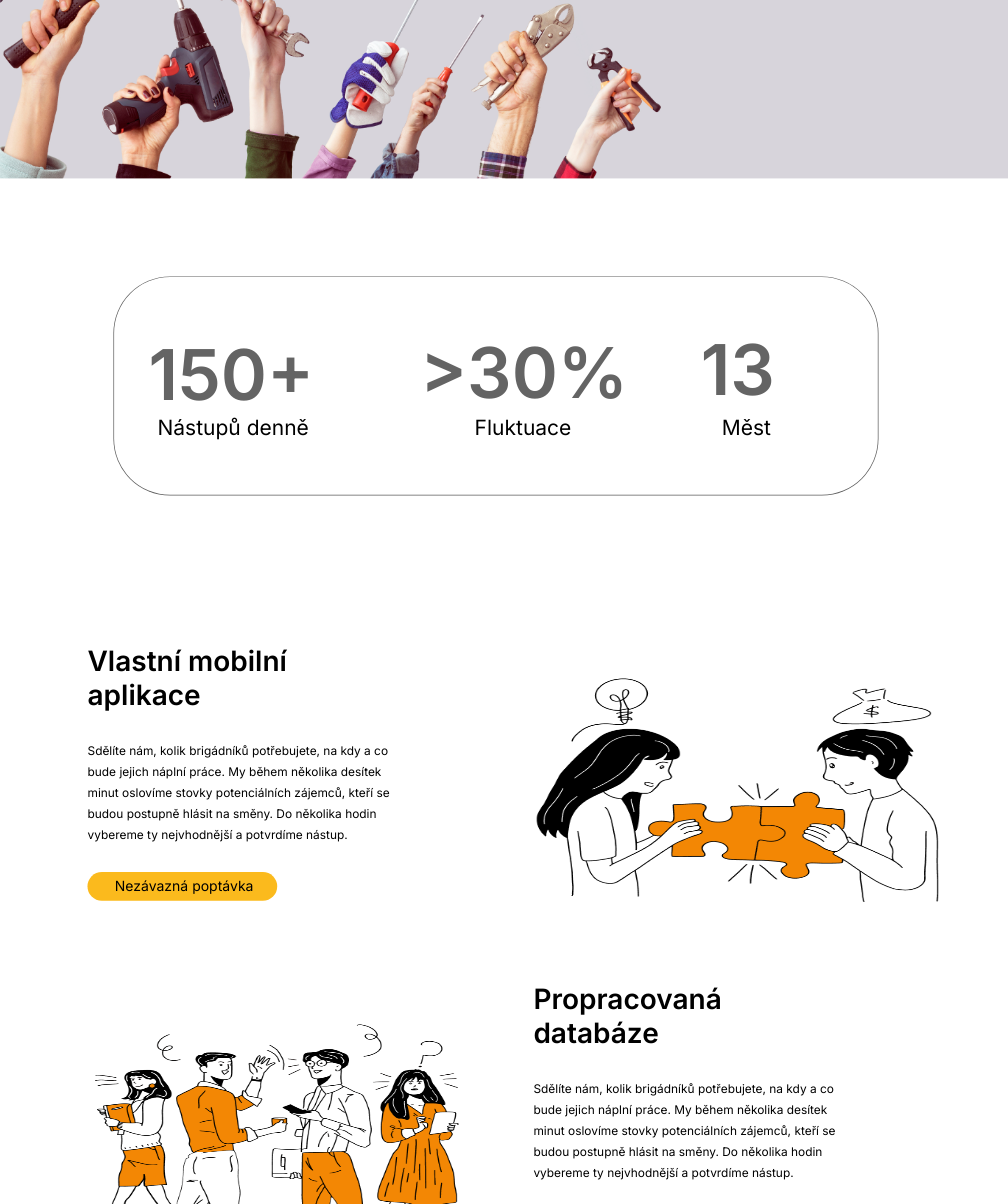
Repository: bilday08/bilday08.github.io
Page: page2.html
The author's editor kept a copy of each file at every save. The page is drawn from the files as they stood at one save, then again after the next save.
The browser window is 1280 px wide. The page is 1440 px wide, so the pictures cover 1440 px, including what lies to the right of the window. The pictures show the part of the page from y = 777 to 2497 px (the page is 2547 px tall before and 3003 px after), at 70% of full size.

Above is the page before, as saved 2022-10-16 01:00:44.

After the next save:
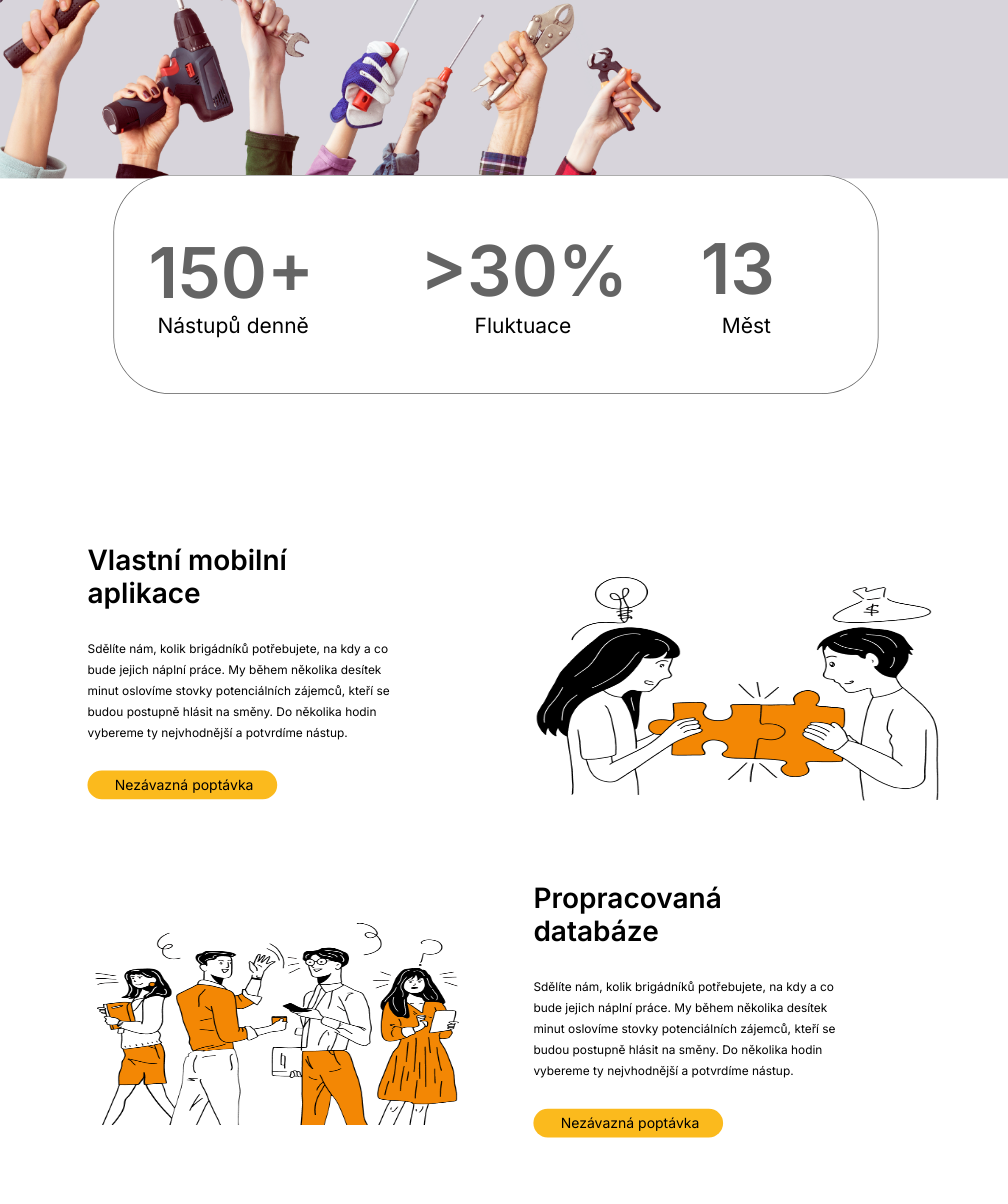
Saved 6 min 42 s later.
--- a/page2.html
+++ b/page2.html
@@ -116,6 +116,21 @@
                             <a href="#" class="service-button--second">Nezávazná poptávka</a>
                         </div>
                     </div>
+                    <div class="service-item3">
+                        <div class="service-content">
+                            <h2 class="global-heading">Propracovaná databáze</h2>
+                            <div class="global-text">
+                                Sdělíte nám, kolik brigádníků potřebujete, na kdy a co bude jejich náplní práce.
+                                My během několika desítek minut oslovíme stovky potenciálních zájemců,
+                                kteří se budou postupně hlásit na směny. Do několika hodin vybereme ty nejvhodnější
+                                a potvrdíme nástup.
+                            </div>
+                            <a href="#" class="service-button--first">Nezávazná poptávka</a>
+                            <div class="service-images">
+                                <img srcset="./images/5.png 2x" alt="#" class="service-images--first"/>
+                            </div>
+                        </div>
+                    </div>
                 </div>
 <script
 src="https://cdn.jsdelivr.net/npm/@popperjs/core@2.11.6/dist/umd/popper.min.js"
--- a/style2.css
+++ b/style2.css
@@ -193,7 +193,7 @@
     height: auto;
     margin-left: 807px;
     margin-top: -349px;
-    margin-bottom: 245px;
+    margin-bottom: 100px;
 }
 .center-button--white{
     text-decoration: none;
@@ -277,7 +277,7 @@
     font-size: 40px;
     line-height: 48px;
     color: #000000;
-    margin-top: 222px;
+    margin-top: 277px;
     margin-left: 113px;
 }
 .global-text{
@@ -327,8 +327,8 @@
     font-size: 40px;
     line-height: 48px;
     color: #000000;
-    margin-top: -360px;
-    margin-left: 750px;
+    margin-top: -450px;
+    margin-left: 831px;
 }
 .global-text2{
     font-weight: 400;
@@ -337,7 +337,7 @@
     color: #000000;
     max-width: 432px;
     height: 189px;
-    margin-left: 750px;
+    margin-left: 831px;
     margin-top: 41px;
 }
 .service-button--second{
@@ -354,5 +354,5 @@
     line-height: 24px;
     border-radius: 30px;
     white-space: nowrap;
-    margin-left: 750px;
-}
+    margin-left: 831px;
+}
